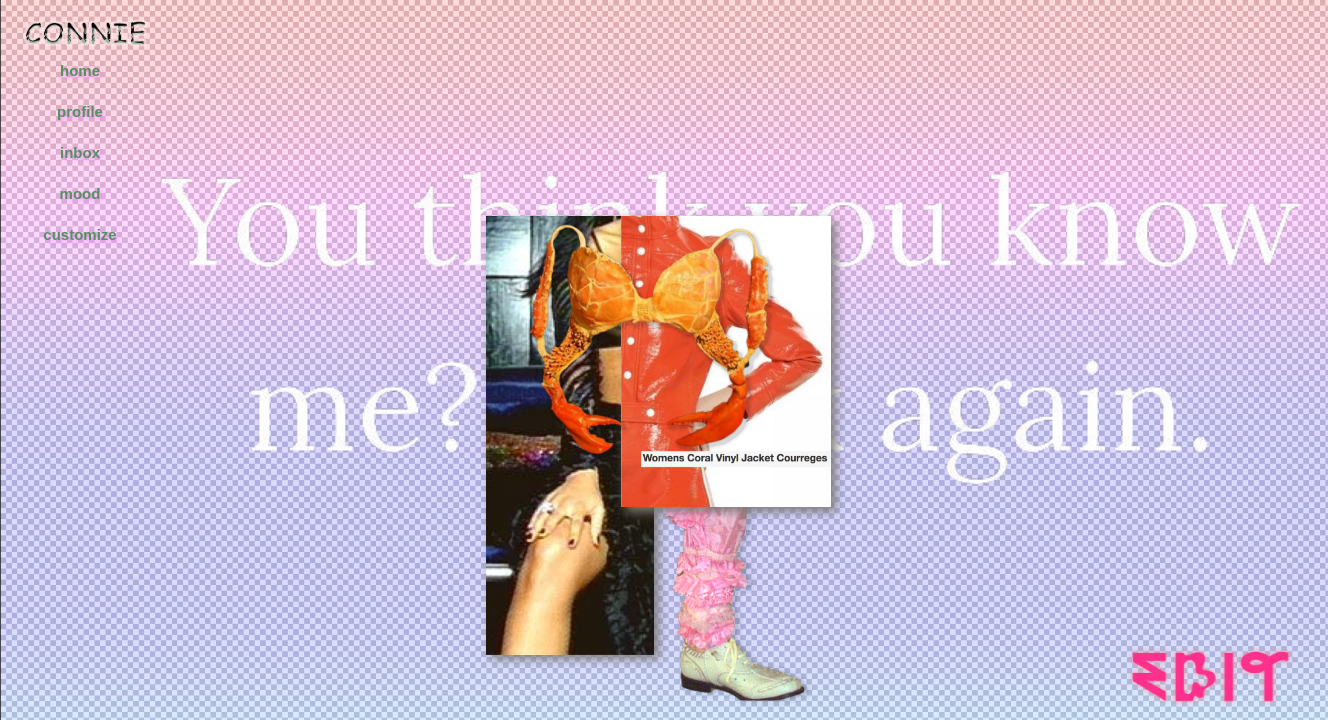
Repository: xuc009/xuc009.github.io
Page: track14/index.html
These files come from the project's save history. The page is drawn as it stood at one moment and after the next save; the edit follows.
The browser window is 1280 px wide. The page is 1328 px wide, so the pictures cover 1328 px, including what lies to the right of the window. The pictures show the whole page.
Some web fonts or font styles are not loaded; a fallback is used. Some web libraries are served in a nearby version.

Above is the page before, as saved 2018-12-08 17:31:18.

### track14/index.html
<!DOCTYPE html>
<html lang="en">
  <head>
    <title>Track 10</title>
    <link rel="shortcut icon" href="" />
    <meta charset="utf-8">
    <meta name="description" content="" />
    <meta property="og:image" content=""/>
    <meta name="viewport" content="width=device-width, initial-scale=1" />
    <script src="https://ajax.googleapis.com/ajax/libs/jquery/3.3.1/jquery.min.js"></script>
    <script src="https://www.w3schools.com/lib/w3.js"></script>
    <link href="assets/css/styles.css" media="all" rel="stylesheet" />
    <meta charset="utf-8" />
    <title>jQuery UI Draggable - Default functionality</title>
    <link rel="stylesheet" href="http://code.jquery.com/ui/1.9.2/themes/base/jquery-ui.css" />
    <script src="http://code.jquery.com/jquery-1.8.3.js"></script>
    <script src="http://code.jquery.com/ui/1.9.2/jquery-ui.js"></script>
    <link href="https://fonts.googleapis.com/css?family=Michroma" rel="stylesheet">
    <style>
    .draggable { width: 0px; height: 0px; padding: 0; }
    </style>
    <script>
    $(function() {
        $( ".draggable" ).draggable();
    });
    </script>

  </head>

  <body>

      <div class="dropdown">
          <button class="dropbtn"><img src="assets/img/conniemenu.gif" width="140px"></button>
          <div class="dropdown-content">
            <a href="#">home</a>
            <a href="#">profile</a>
            <a href="#">inbox</a>
            <a href="#">mood</a>
            <a href="#">customize</a>
          </div>
        </div>

      <div class="edit">
        <a href="https://xuc009.github.io/track10/index.html">
        <img src="assets/img/edit.png" width="300px">
        </a>
      </div>

    <div id="draggable1" class="ui-widget-content draggable tooltip">
        <span class="tooltiptext">id.png</span>
       <img src="assets/img/britney.png" width="1200px">
      </div>

      <div id="draggable2" class="ui-widget-content draggable tooltip">
          <span class="tooltiptext">↗ Aaliyah by me 🔗📹🤗🦋✨ ⬈</span>
        <a href="https://xuc009.github.io/track2/index.html" target="_blank">
          <img src="assets/img/torsob1.png" width="168px">
        </a>
      </div>

      <div id="draggable3" class="ui-widget-content draggable tooltip">
          <span class="tooltiptext">https://goo.gl/MuuDqj</span>
          <a href="https://goo.gl/MuuDqj" target="_blank">
          <img src="assets/img/foot1.png" width="149px">
          </a>
        </div>

     <div id="draggable4" class="ui-widget-content draggable four tooltip">
        <span class="tooltiptext">https://ebay.us/9TBpsq</span>
        <a href="https://ebay.us/9TBpsq" target="_blank">
            <img src="assets/img/torsoa1.png" width="210px">
        </a>
          </div>

      <div id="draggable5" class="ui-widget-content draggable five tooltip">
          <span class="tooltiptext">https://www.instagram.com/p/BoPapCyAAdp/</span>
          <a href="https://www.instagram.com/p/BoPapCyAAdp/" target="_blank">
          <img src="assets/img/bra1.png" width="250px">
          </a>
        </div>









      </div>
    </div>

  </body>
</html>

### track14/assets/css/styles.css
* { box-sizing: border-box; }

body{
	background-color: #ffffff;
	background-image: url('../img/background.png');
	background-size: 1500px;
	margin: 0 auto 0 auto;
	display: inline-block;
    font-size: 0px;
}

.tooltip {
    position: relative;
    display: inline-block;
    border-bottom: 1px dotted black;
}

.tooltip .tooltiptext {
    visibility: hidden;
    /* width: 120px; */
    background-color: #FF308D;
    color: #00E6FF;
    text-align: center;
    padding: 5px 10px;
    font-size:15px;
    font-family: Arial, Helvetica, sans-serif;
    font-weight: 400;

    /* Position the tooltip */
    position: fixed;
    z-index: 1;
    bottom: 0px;
    left:0 ;
}

.tooltip:hover .tooltiptext {
    visibility: visible;
}

a { cursor: move; }

.draggable{
    box-shadow: 5px 5px 10px #000000;
}

#draggable1{
    background: #fff;
    border: none;
    box-shadow: 5px 5px 10px #807d7d;
    cursor: move;
    position: absolute;
    top: 17%;
    left: 10%;
}


#draggable2 {
    width: 168px;
    height: 438.38px;
    border: none;
    box-shadow: 5px 5px 10px #807d7d;
    position: absolute;
    top: 30%;
    left: 38%;
    cursor: move;
}


#draggable3 {
    width: 365px;
    border: none;
    position: absolute;
    top: 65%;
    left: 52%;
    cursor: move;
}



#draggable4{
    position: absolute;
    width: 210px;
    height: 291px;
    top: 30%;
    left: 48.5%;
    cursor: move;
    border: none;
    box-shadow: 5px 5px 10px #807d7d;

}

#draggable5{
    position: absolute;
    top: 31%;
    left: 41%;
    cursor: move;
    border: none;
}

.edit{
    position: fixed;
    bottom:0;
    left: 83%;
    cursor: pointer;
    transition: all 300ms;
}

.edit:hover{
    transform: translateX(3px) translateY(-3px);
    /* transform: scale(1.05); */
}

.dropbtn {
    background-color: Transparent;
    width: 140px;
    height: 26px;
    padding: 16px;
    font-size: 16px;
    border: none;
    outline: none;
}

.dropdown {
    position: relative;
    width: 140px;
    display: inline-block;
}

.dropdown-content {
    display: none;
    position: absolute;
    background-color: transparent;
    min-width: 160px;
    text-shadow: 2px 2px 5px #F48BFF;
    z-index: 1;
    font-size: 15px;
    text-align: center;
    font-family: Arial, Helvetica, sans-serif;
    font-weight: 600;
}

.dropdown-content a {
    color: #52935A;
    padding: 12px 16px;
    text-decoration: none;
    display: block;
}

.dropdown-content a:hover {text-shadow: 2px 2px 5px #54FAFF;}

.dropdown:hover .dropdown-content {display: block;}

.dropdown:hover .dropbtn {background-color: none;}

After the next save:
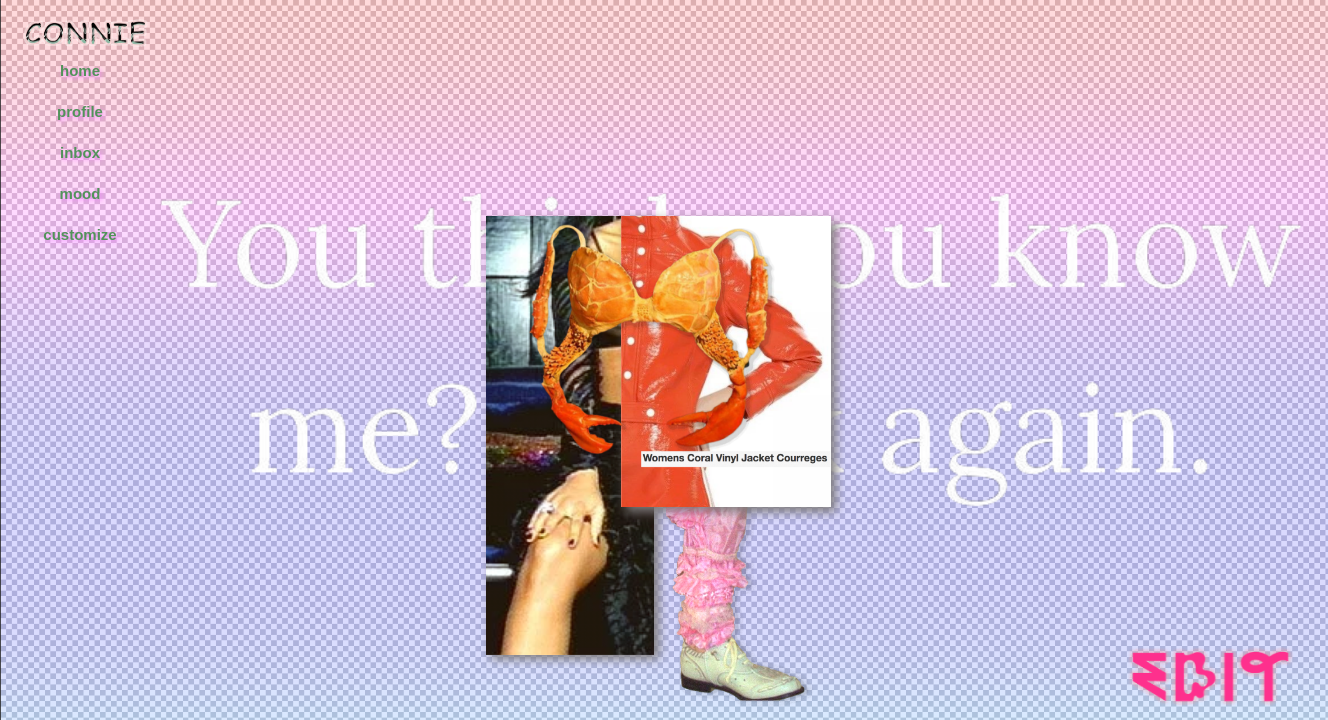
Saved 10 s later.
--- a/track14/assets/css/styles.css
+++ b/track14/assets/css/styles.css
@@ -49,7 +49,7 @@ a { cursor: move; }
     box-shadow: 5px 5px 10px #807d7d;
     cursor: move;
     position: absolute;
-    top: 17%;
+    top: 20%;
     left: 10%;
 }
 
